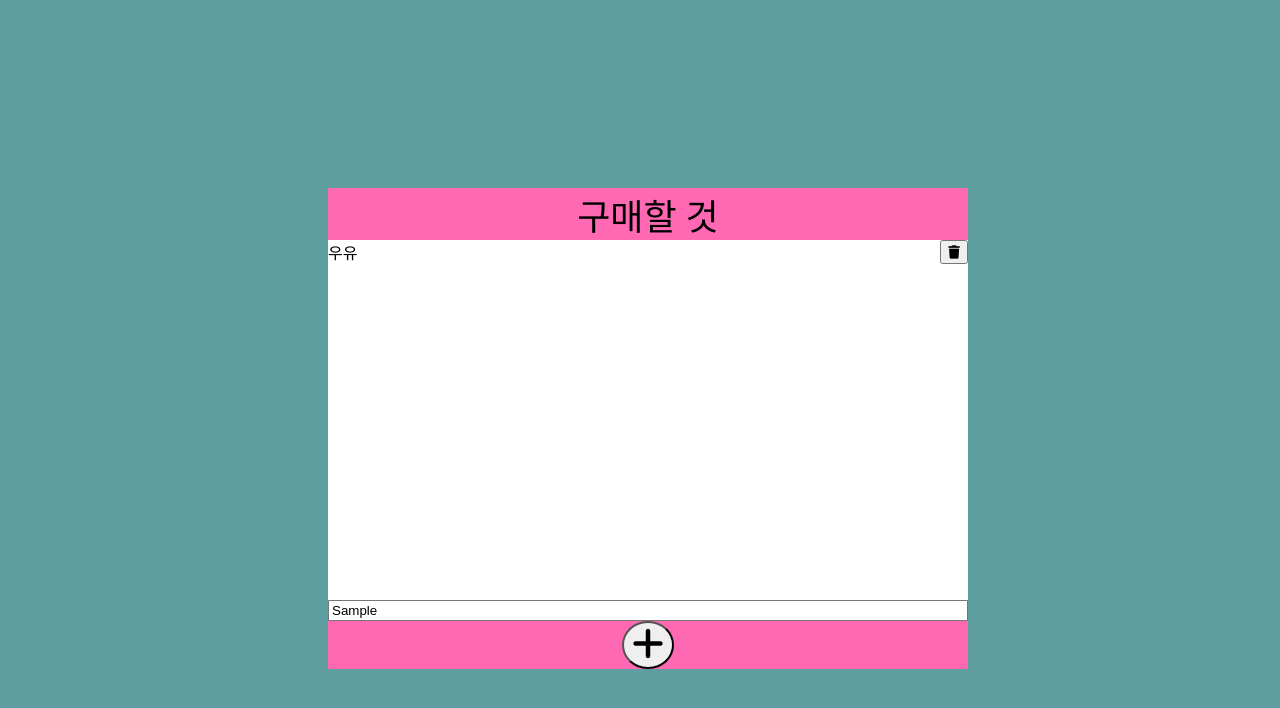
Repository: GoodHoneyCake/Dream_Coding_Academy5
Page: shopping_list/index.html
These files come from the project's save history. The page is drawn as it stood at one moment and after the next save; the edit follows.
The browser window is 1280 px wide. The pictures show the whole page.
Empty fields were first filled with sample values (such as "Sample", 5 or name@example.com).
After loading, the first visible `#form` was submitted once.
Some web libraries are served in a nearby version.

Above is the page before, as saved 2021-01-29 17:44:13.
Console error: TypeError: list.createTextNode is not a function

After the next save:
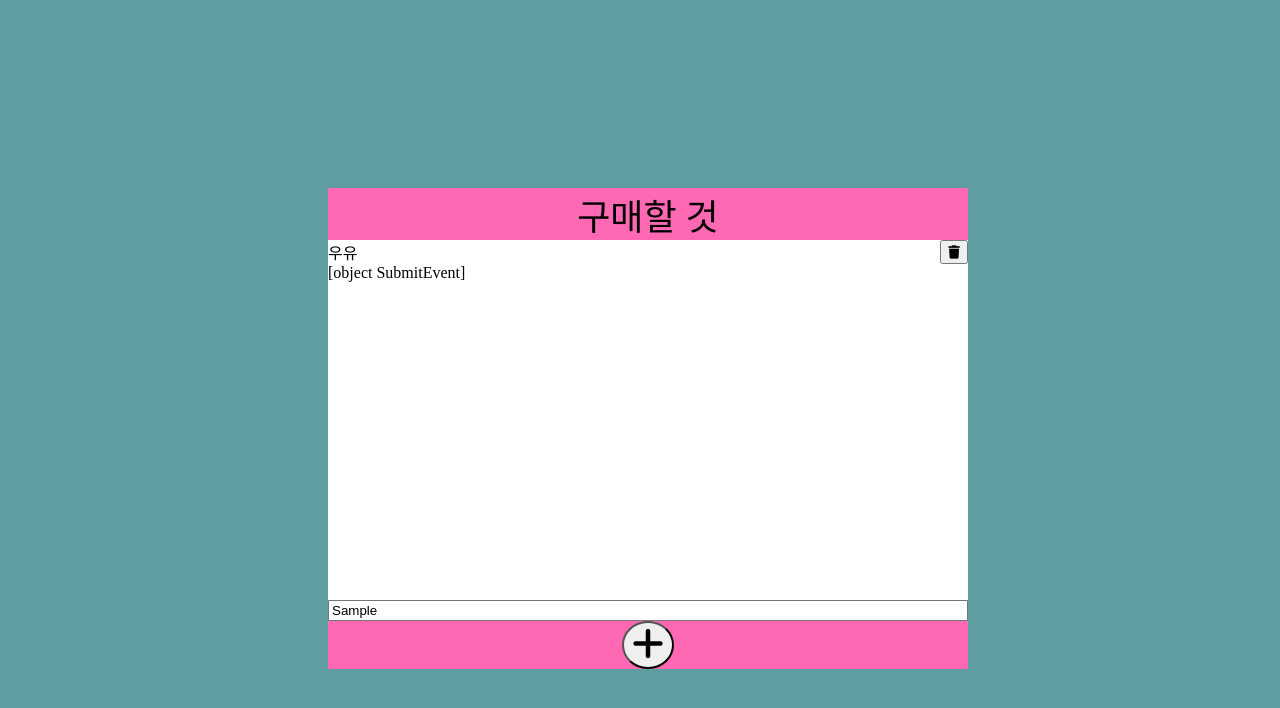
The error is gone.
Saved 18 s later.
--- a/shopping_list/main.js
+++ b/shopping_list/main.js
@@ -4,6 +4,6 @@ const list = document.querySelector(".list");
 form.addEventListener("submit", (e) => {
   e.preventDefault();
   document.createElement("li");
-  const data = list.createTextNode(e);
+  const data = document.createTextNode(e);
   list.appendChild(data);
 });
